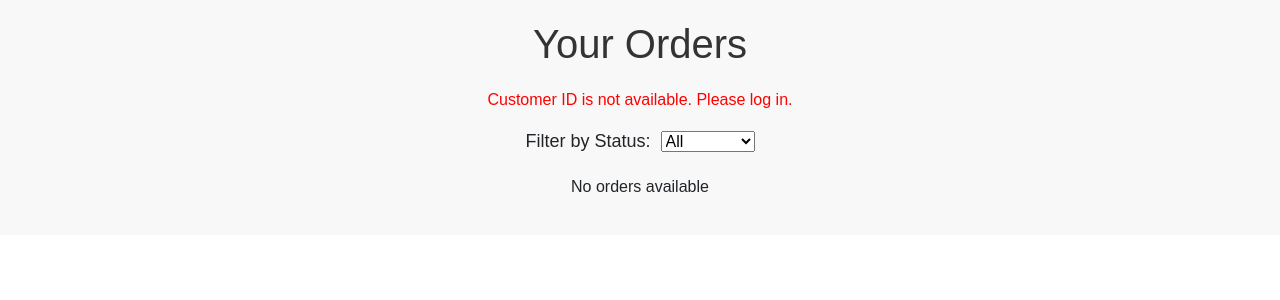
Repository: chelseajaculina/lab2-uber-eats
Page: /orders (app in frontend/)
The author's editor kept a copy of each file at every save. The page is drawn from the files as they stood at one save, then again after the next save.
The browser window is 1280 px wide. The pictures show the whole page.
The project was rebuilt for these pictures with package versions that can differ from the ones it lists, and the page was loaded fresh each time. Also part of the build but not shown: frontend/src/components/Home.css, frontend/src/components/Logout.css, frontend/src/components/Logout.js, frontend/src/components/CartModal.css, frontend/src/components/CartModal.js, frontend/src/components/NavBarHome.js, frontend/src/components/Home.js, frontend/src/components/SignUp.css and 28 more.

Above is the page before, as saved 2024-11-23 01:53:31.

### frontend/src/components/OrdersManagement.js
import React, { Component } from 'react';
import axios from 'axios';
import './OrdersManagement.css';

class OrdersManagement extends Component {
    constructor(props) {
        super(props);
        this.state = {
            orders: [],
            filteredOrders: [],
            statuses: ['New', 'Delivered', 'Cancelled'],
            deliveryStatuses: ['Order Received', 'Preparing', 'On the Way', 'Pick up Ready', 'Delivered', 'Picked Up'],
            selectedStatus: 'All',
            error: null,
            customerProfile: null,
            loading: false,
        };
    }


    componentDidMount() {
        this.fetchCustomerOrders();
    }

    fetchCustomerOrders = async () => {
        this.setState({ loading: true });

        const customerId = localStorage.getItem('customer_id'); // Assume customer_id is stored in localStorage
        if (!customerId) {
            this.setState({
                error: 'Customer ID is not available. Please log in.',
                loading: false,
            });
            return;
        }

        try {
            const response = await axios.get(`http://localhost:8000/api/customers/${customerId}/orders/`); // Fetch orders for the specific customer
            this.setState({
                orders: response.data,
                filteredOrders: response.data,
                loading: false,
            });
        } catch (error) {
            console.error('Error fetching orders:', error);
            this.setState({ error: 'Failed to load orders. Please try again.', loading: false });
        }
    };

    handleStatusFilter = (status) => {
        this.setState({
            selectedStatus: status,
            filteredOrders:
                status === 'All'
                    ? this.state.orders
                    : this.state.orders.filter((order) => order.status === status),
        });
    };

    handleStatusUpdate = async (orderId, newStatus) => {
        try {
            await axios.patch(`http://localhost:8000/api/orders/${orderId}/`, {
                delivery_status: newStatus,
            });
            this.fetchCustomerOrders(); // Refresh the list of orders
        } catch (error) {
            console.error('Error updating order status:', error);
            this.setState({ error: `Failed to update status for Order #${orderId}` });
        }
    };

    fetchCustomerProfile = async (customerId) => {
        this.setState({ loading: true });
        try {
            const response = await axios.get(`http://localhost:8000/api/customers/${customerId}/`);
            this.setState({ customerProfile: response.data, loading: false });
        } catch (error) {
            console.error('Error fetching customer profile:', error);
            this.setState({ error: 'Failed to load customer profile. Please try again.', loading: false });
        }
    };

    render() {
        const { filteredOrders, statuses, deliveryStatuses, selectedStatus, customerProfile, error, loading } =
            this.state;

        return (
            <div className="orders-management">
                <h1>Your Orders</h1>
                {error && <p className="error">{error}</p>}
                {loading && <div className="spinner">Loading...</div>}

                <div className="status-filter">
                    <label>Filter by Status: </label>
                    <select
                        value={selectedStatus}
                        onChange={(e) => this.handleStatusFilter(e.target.value)}
                    >
                        <option value="All">All</option>
                        {statuses.map((status) => (
                            <option key={status} value={status}>
                                {status}
                            </option>
                        ))}
                    </select>
                </div>

                <div className="orders-list">
                    {filteredOrders.length > 0 ? (
                        filteredOrders.map((order) => (
                            <div key={order.id} className="order-card">
                                <h2>Order #{order.id}</h2>
                                <p>
                                    <strong>Status:</strong> {order.status}
                                </p>
                                <p>
                                    <strong>Delivery Status:</strong> {order.delivery_status}
                                </p>
                                <p>
                                    <strong>Total:</strong> ${order.total}
                                </p>

                                <div className="status-update">
                                    <label>Update Delivery Status: </label>
                                    <select
                                        value={order.delivery_status}
                                        onChange={(e) =>
                                            this.handleStatusUpdate(order.id, e.target.value)
                                        }
                                    >
                                        {deliveryStatuses.map((status) => (
                                            <option key={status} value={status}>
                                                {status}
                                            </option>
                                        ))}
                                    </select>
                                </div>
                            </div>
                        ))
                    ) : (
                        <p>No orders available</p>
                    )}
                </div>

                {customerProfile && (
                    <div className="customer-profile">
                        <h2>Customer Profile</h2>
                        <p>
                            <strong>Name:</strong> {customerProfile.name}
                        </p>
                        <p>
                            <strong>Email:</strong> {customerProfile.email}
                        </p>
                        <p>
                            <strong>Phone:</strong> {customerProfile.phone}
                        </p>
                        <p>
                            <strong>Address:</strong> {customerProfile.address}
                        </p>
                        <button
                            onClick={() => this.setState({ customerProfile: null })}
                        >
                            Close
                        </button>
                    </div>
                )}
            </div>
        );
    }
}

export default OrdersManagement;

### frontend/src/components/Welcome.css
/* General Reset */
* {
    margin: 0;
    padding: 0;
    box-sizing: border-box;
    font-family: Arial, Helvetica, sans-serif;
}

/* Container */
.landing-container {
    width: 100%;
    height: 100vh;
    background: url('/public/images/landing-bg.jpg') center/cover no-repeat;
    color: #000;
    display: flex;
    flex-direction: column;
    margin: 0;
    padding: 0;
}

/* Navigation Bar */
.navbar {
    display: flex;
    justify-content: space-between;
    align-items: center;
    padding: 1rem 2rem;
    background-color: transparent; /* Keep background transparent if desired */
    border-bottom: none; /* Ensure no bottom border */
    box-shadow: none; /* Ensure no shadow */
}


.navbar-left {
    display: flex;
    align-items: center;
    background-color: transparent;
}

.menu-button {
    font-size: 1.5rem;
    background: none;
    border: none;
    cursor: pointer;
    margin-right: 1rem;
    color: #000; /* White icon color */
}

.menu-button:focus {
    outline: none; /* Remove focus outline */
}

.brand-title {
    font-weight: bold;
    font-size: 1.5rem;
    color: #000;
}

.navbar-right {
    display: flex;
    align-items: center;
    background-color: transparent;
}

.navbar-right button {
    padding: 0.5rem 1rem;
    cursor: pointer;
    font-size: 1rem;
    margin-left: 1rem;
    border-radius: 5px;
    border: none; /* Ensure there is no border for solid button effect */
}

/* Log in Button - White with Black Border */
.login-button {
    background-color: #fff;          /* White background */
    color: #000;                     /* Black text */
    border: 1px solid #000;          /* Black border */
    border-radius: 5px;              /* Slightly rounded corners */
}

/* Sign up Button - Green with White Text */
.signup-button {
    background-color: #00ff80;  /* Green background */
    color: #fff;                     /* White text */
    border-radius: 5px;              /* Slightly rounded corners */
}

/* Hero Section */
.hero-section {
    display: flex;
    flex-direction: column;
    align-items: left;
    margin-top: 6rem;
    padding: 2rem;
    color: #000;
}

.hero-section h1 {
    font-size: 3rem;
    font-weight: bold;
    margin-bottom: 2rem;
}

/* Address Input Section */
.address-input-section {
    display: flex;
    align-items: center;
    gap: 1rem;
    width: 100%;
    max-width: 800px;
}

.input-box {
    display: flex;
    align-items: center;
    background: #fff;
    padding: 0.5rem;
    border-radius: 8px;
    flex-grow: 1;
    border: 1px solid #ddd;
}

.input-box .icon {
    margin-right: 0.5rem;
    color: #666;
}

.input-box input {
    border: none;
    outline: none;
    width: 100%;
    font-size: 1rem;
    padding: 0.5rem 0;
}

.delivery-time-dropdown {
    display: flex;
    align-items: center;
    background: #fff;
    padding: 0.5rem;
    border-radius: 8px;
    border: 1px solid #ddd;
}

.delivery-time-dropdown .icon {
    margin-right: 0.5rem;
    color: #666;
}

.delivery-time-dropdown select {
    border: none;
    outline: none;
    font-size: 1rem;
    background: transparent;
}

/* Search Button */
.search-button {
    background-color: #000;
    color: #fff;
    padding: 0.75rem 1.5rem;
    border: none;
    cursor: pointer;
    border-radius: 8px;
    font-weight: bold;
}

/* Sign In Link */
.signin-link {
    margin-top: 1rem;
    font-size: 1rem;
    color: #666;
}

.signin-link a {
    color: #000;
    font-weight: bold;
    text-decoration: none;
}

.signin-link a:hover {
    text-decoration: underline;
}

.link-button {
    color: #000;
    font-weight: bold;
    text-decoration: none;
    cursor: pointer;
    background: none;  /* Remove default background */
    border: none;      /* Remove default border */
    padding: 0.5rem;   /* Optional padding to make it look button-like */
}

.link-button:hover {
    text-decoration: underline; /* Add underline on hover */
}

### frontend/src/components/OrdersManagement.css
.orders-management {
    padding: 20px;
    background-color: #f8f8f8;
}

.orders-management h1 {
    text-align: center;
    color: #333;
    margin-bottom: 20px;
}

.status-filter {
    margin-bottom: 20px;
    display: flex;
    justify-content: center;
    align-items: center;
}

.status-filter label {
    margin-right: 10px;
    font-size: 18px;
}

.orders-list {
    display: flex;
    flex-wrap: wrap;
    justify-content: space-around;
}

.order-card {
    background-color: #fff;
    border-radius: 10px;
    box-shadow: 0 4px 8px rgba(0, 0, 0, 0.1);
    margin: 20px;
    padding: 20px;
    width: 300px;
    text-align: center;
}

.order-card h2 {
    font-size: 24px;
    margin-bottom: 10px;
    color: #333;
}

.order-card p {
    font-size: 16px;
    margin-bottom: 10px;
    color: #666;
}

.status-update {
    margin-top: 10px;
}

.customer-profile {
    margin-top: 30px;
    padding: 20px;
    background-color: #fff;
    border-radius: 10px;
    box-shadow: 0 4px 8px rgba(0, 0, 0, 0.1);
    text-align: center;
}

.customer-profile h2 {
    font-size: 24px;
    margin-bottom: 10px;
    color: #333;
}

.error {
    color: red;
    text-align: center;
}

### frontend/src/components/RestaurantMenu.css
/* General Reset */
* {
  margin: 0;
  padding: 0;
  box-sizing: border-box;
  font-family: Arial, Helvetica, sans-serif;
}

/* Container for the entire menu section */
.restaurant-menu {
  width: 100%;
  padding: 20px;
  display: flex;
  flex-direction: column;
  align-items: center;
  background-color: #f5f5f5;
}

/* Title of the menu */
.menu-title {
  font-size: 2rem;
  margin-bottom: 20px;
  color: #333;
}

/* Section for the add dish button */
.add-dish-section {
  width: 100%;
  display: flex;
  justify-content: center;
  margin-bottom: 20px;
}

.add-dish-button {
  padding: 10px 20px;
  font-size: 1rem;
  background-color: black;
  color: white;
  border: none;
  border-radius: 5px;
  cursor: pointer;
  transition: background-color 0.3s;
}

.add-dish-button:hover {
  background-color: #333;
}

/* Dishes list */
.dishes-list {
  width: 100%;
  display: flex;
  flex-wrap: wrap;
  justify-content: center;
  gap: 20px;
}

/* Individual dish card */
.dish-card {
  background-color: white;
  width: 250px;
  padding: 10px;
  border-radius: 10px;
  box-shadow: 0 4px 8px rgba(0, 0, 0, 0.1);
  text-align: center;
  display: flex;
  flex-direction: column;
  align-items: center;
}

.dish-image {
  width: 100%;
  height: 180px;
  object-fit: cover;
  border-radius: 10px;
  margin-bottom: 10px;
}

.dish-card h3 {
  font-size: 1.2rem;
  color: #333;
}

.dish-card p {
  font-size: 0.9rem;
  color: #555;
}

.dish-card strong {
  color: #000;
}

/* Modal overlay */
.modal-overlay {
  position: fixed;
  top: 0;
  left: 0;
  width: 100%;
  height: 100%;
  background-color: rgba(0, 0, 0, 0.5);
  display: flex;
  justify-content: center;
  align-items: center;
}

/* Modal content */
.modal-content {
  background-color: white;
  padding: 20px;
  width: 400px;
  border-radius: 10px;
  box-shadow: 0 4px 8px rgba(0, 0, 0, 0.2);
}

.modal-content h2 {
  font-size: 1.5rem;
  margin-bottom: 20px;
  color: #333;
}

.dish-form {
  display: flex;
  flex-direction: column;
  gap: 10px;
}

.dish-form input,
.dish-form select,
.dish-form textarea {
  padding: 10px;
  font-size: 1rem;
  border: 1px solid #ccc;
  border-radius: 5px;
  width: 100%;
  box-sizing: border-box;
}

.dish-form textarea {
  resize: vertical;
  height: 100px;
}

.form-buttons {
  display: flex;
  justify-content: space-between;
}

.save-button {
  background-color: #00cc66;
  color: white;
  padding: 10px 20px;
  border: none;
  border-radius: 5px;
  cursor: pointer;
  transition: background-color 0.3s;
}

.save-button:hover {
  background-color: #00a653;
}

.cancel-button {
  background-color: #ccc;
  color: #333;
  padding: 10px 20px;
  border: none;
  border-radius: 5px;
  cursor: pointer;
  transition: background-color 0.3s;
}

.cancel-button:hover {
  background-color: #bbb;
}

/* Price input styling */
.price-input {
  display: flex;
  align-items: center;
}

.price-input span {
  margin-right: 10px;
  font-size: 1rem;
  color: #333;
}

/* Loading message */
.loading {
  text-align: center;
  font-size: 1.2rem;
  color: #333;
}

### frontend/src/components/NavBarBusiness.css
/* General Reset */
* {
    margin: 0;
    padding: 0;
    box-sizing: border-box;
    font-family: Arial, Helvetica, sans-serif;
}

.landing-container {
    width: 100%;
    height: 100vh;
    background: url('/public/images/landing-bg.jpg') center/cover no-repeat;
    color: #000;
    display: flex;
    flex-direction: column;
}


/* Navigation Bar */
.navbar {
    display: flex;
    justify-content: space-between;
    align-items: center;
    padding: 1rem;
    background-color: transparent;
    color: #fff;
    flex-wrap: wrap; /* Allows items to wrap in small screens */
    width: 100%;
}

/* Navbar Left Section */
.navbar-left {
    display: flex;
    align-items: center;
    flex-wrap: wrap;
    gap: 1rem;
}

/* Menu Button */
.menu-button {
    font-size: 1.5rem;
    background: none;
    border: none;
    cursor: pointer;
    color: #fff;
}

/* Brand Title */
.brand-title {
    font-weight: bold;
    font-size: 1.5rem;
    color: #000;
    text-decoration: none;
}

.brand-link {
    color: #000;
    text-decoration: none;
}

/* Delivery and Pickup Buttons */
.delivery-pickup-buttons {
    display: flex;
    gap: 0.5rem;
}

.delivery-btn, .pickup-btn {
    padding: 0.5rem 1rem;
    border-radius: 20px;
    border: none;
    cursor: pointer;
    background-color: #f6f6f6;
    color: #000;
    transition: background-color 0.3s;
}

.delivery-btn.active {
    background-color: #fff;
    border: 1px solid #ddd;
}

/* Navbar Right Section */
.navbar-right {
    display: flex;
    align-items: center;
    gap: 1rem;
    flex-wrap: wrap;
    flex: 1;
    justify-content: flex-end;
    width: 100%;
}

.location {
    display: flex;
    align-items: center;
    gap: 0.5rem;
    font-size: 1rem;
    color: #fff;
    white-space: nowrap;
}

.search-box {
    display: flex;
    align-items: center;
    background-color: #f6f6f6;
    padding: 0.5rem 1rem;
    border-radius: 20px;
    gap: 0.5rem;
    flex-grow: 1; /* Expand the search box */
    max-width: 400px;
    min-width: 200px;
}

.search-box input {
    border: none;
    background: transparent;
    outline: none;
    width: 100%;
    color: #000;
}

.login-button {
    padding: 0.5rem 1rem;
    background-color: #fff;
    color: #000;
    border: 1px solid #000;
    border-radius: 5px;
    cursor: pointer;
}

.signup-button {
    padding: 0.5rem 1rem;
    background-color: #000;
    color: #fff;
    border: none;
    border-radius: 5px;
    cursor: pointer;
}

.shopping-cart-icon {
    font-size: 1.5rem;
    color: #00cc66;
}

/* Side Menu */
.side-menu {
    position: fixed;
    top: 0;
    left: 0;
    width: 300px;
    height: 100%;
    background-color: #fff;
    box-shadow: 2px 0 5px rgba(0, 0, 0, 0.3);
    padding: 2rem;
    z-index: 1000;
    display: flex;
    flex-direction: column;
    gap: 1rem;
}

.close-button {
    align-self: flex-end;
    background: none;
    border: none;
    font-size: 1.5rem;
    cursor: pointer;
}

.signup-side-button, .login-side-button {
    width: 100%;
    padding: 1rem;
    border-radius: 5px;
    border: none;
    cursor: pointer;
    font-size: 1.2rem;
}

.signup-side-button {
    background-color: #000;
    color: #fff;
}

.login-side-button {
    background-color: #f0f0f0;
    color: #000;
}

.side-links {
    display: flex;
    flex-direction: column;
    gap: 1rem;
}

.side-links a {
    text-decoration: none;
    color: #000;
    font-weight: bold;
}

.download-app {
    margin-top: auto;
    text-align: center;
}

.app-links button {
    margin: 1rem 0.5rem;
    padding: 0.5rem 1rem;
    border-radius: 5px;
    border: none;
    cursor: pointer;
    font-weight: bold;
}

/* Media Queries for Responsive Design */
@media (max-width: 768px) {
    .navbar {
        padding: 0.5rem 1rem;
    }

    .navbar-right {
        flex-direction: column;
        gap: 0.5rem;
        width: 100%;
        justify-content: center;
        align-items: flex-start;
    }

    .search-box {
        order: 2;
        margin-top: 1rem;
        width: 100%;
    }

    .location {
        display: none;
    }
}

@media (max-width: 480px) {
    .delivery-pickup-buttons {
        display: none; /* Hide on small screens */
    }

    .signup-button, .login-button {
        padding: 0.3rem 0.8rem;
    }

    .shopping-cart-icon {
        font-size: 1.2rem;
    }

    .navbar {
        flex-direction: column;
        align-items: flex-start;
    }

    .brand-title {
        font-size: 1.2rem;
    }
}

Loaded but not shown: frontend/public/index.html (common file); frontend/src/App.js (86 lines, source omitted); frontend/src/contexts/CartContext.js (42 lines, source omitted); frontend/src/index.js (14 lines, source omitted); frontend/src/components/NavBar.css (372 lines, source omitted)

After the next save:
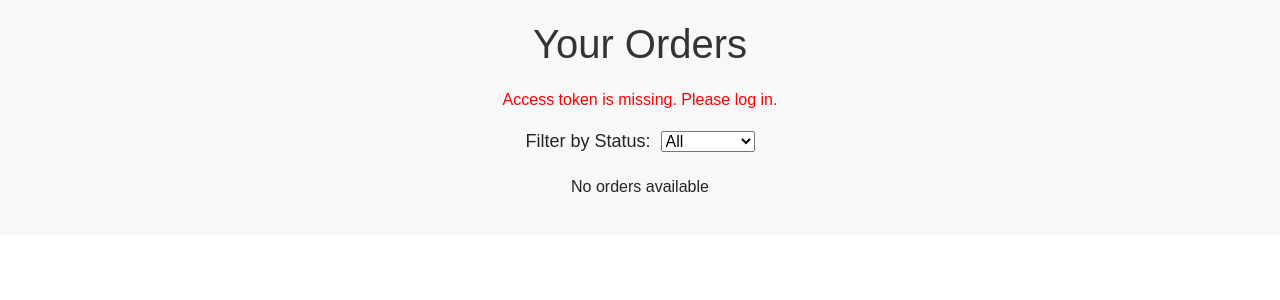
Saved 2 min 22 s later.
--- a/frontend/src/components/OrdersManagement.js
+++ b/frontend/src/components/OrdersManagement.js
@@ -6,36 +6,58 @@ class OrdersManagement extends Component {
     constructor(props) {
         super(props);
         this.state = {
+            customerId: null,
             orders: [],
             filteredOrders: [],
             statuses: ['New', 'Delivered', 'Cancelled'],
             deliveryStatuses: ['Order Received', 'Preparing', 'On the Way', 'Pick up Ready', 'Delivered', 'Picked Up'],
             selectedStatus: 'All',
             error: null,
-            customerProfile: null,
             loading: false,
         };
     }
 
-
     componentDidMount() {
-        this.fetchCustomerOrders();
+        this.fetchCustomerId();
     }
 
-    fetchCustomerOrders = async () => {
-        this.setState({ loading: true });
-
-        const customerId = localStorage.getItem('customer_id'); // Assume customer_id is stored in localStorage
-        if (!customerId) {
-            this.setState({
-                error: 'Customer ID is not available. Please log in.',
-                loading: false,
-            });
+    fetchCustomerId = async () => {
+        const token = localStorage.getItem('access_token');
+        if (!token) {
+            console.warn('Access token not found.');
+            this.setState({ error: 'Access token is missing. Please log in.' });
             return;
         }
 
         try {
-            const response = await axios.get(`http://localhost:8000/api/customers/${customerId}/orders/`); // Fetch orders for the specific customer
+            const response = await axios.get('http://localhost:8000/api/customers/user-profile/', {
+                headers: {
+                    Authorization: `Bearer ${token}`,
+                },
+            });
+
+            const customerId = response.data.id; // Assuming the response has an `id` field for customer ID
+            console.log('Customer ID retrieved from backend:', customerId);
+            this.setState({ customerId }, this.fetchCustomerOrders); // Fetch orders after setting the customerId
+        } catch (error) {
+            console.error('Error fetching customer ID:', error.response?.data || error.message);
+            this.setState({ error: 'Failed to fetch customer ID. Please try again later.' });
+        }
+    };
+
+    fetchCustomerOrders = async () => {
+        const { customerId } = this.state;
+
+        if (!customerId) {
+            console.warn('Customer ID is not set. Cannot fetch orders.');
+            this.setState({ error: 'Customer ID is missing. Please log in.' });
+            return;
+        }
+
+        this.setState({ loading: true });
+
+        try {
+            const response = await axios.get(`http://localhost:8000/api/customers/${customerId}/orders/`);
             this.setState({
                 orders: response.data,
                 filteredOrders: response.data,
@@ -43,46 +65,22 @@ class OrdersManagement extends Component {
             });
         } catch (error) {
             console.error('Error fetching orders:', error);
-            this.setState({ error: 'Failed to load orders. Please try again.', loading: false });
+            this.setState({ error: 'Failed to load orders. Please try again later.', loading: false });
         }
     };
 
     handleStatusFilter = (status) => {
-        this.setState({
+        this.setState((prevState) => ({
             selectedStatus: status,
             filteredOrders:
                 status === 'All'
-                    ? this.state.orders
-                    : this.state.orders.filter((order) => order.status === status),
-        });
-    };
-
-    handleStatusUpdate = async (orderId, newStatus) => {
-        try {
-            await axios.patch(`http://localhost:8000/api/orders/${orderId}/`, {
-                delivery_status: newStatus,
-            });
-            this.fetchCustomerOrders(); // Refresh the list of orders
-        } catch (error) {
-            console.error('Error updating order status:', error);
-            this.setState({ error: `Failed to update status for Order #${orderId}` });
-        }
-    };
-
-    fetchCustomerProfile = async (customerId) => {
-        this.setState({ loading: true });
-        try {
-            const response = await axios.get(`http://localhost:8000/api/customers/${customerId}/`);
-            this.setState({ customerProfile: response.data, loading: false });
-        } catch (error) {
-            console.error('Error fetching customer profile:', error);
-            this.setState({ error: 'Failed to load customer profile. Please try again.', loading: false });
-        }
+                    ? prevState.orders
+                    : prevState.orders.filter((order) => order.status === status),
+        }));
     };
 
     render() {
-        const { filteredOrders, statuses, deliveryStatuses, selectedStatus, customerProfile, error, loading } =
-            this.state;
+        const { filteredOrders, statuses, deliveryStatuses, selectedStatus, error, loading } = this.state;
 
         return (
             <div className="orders-management">
@@ -119,51 +117,12 @@ class OrdersManagement extends Component {
                                 <p>
                                     <strong>Total:</strong> ${order.total}
                                 </p>
-
-                                <div className="status-update">
-                                    <label>Update Delivery Status: </label>
-                                    <select
-                                        value={order.delivery_status}
-                                        onChange={(e) =>
-                                            this.handleStatusUpdate(order.id, e.target.value)
-                                        }
-                                    >
-                                        {deliveryStatuses.map((status) => (
-                                            <option key={status} value={status}>
-                                                {status}
-                                            </option>
-                                        ))}
-                                    </select>
-                                </div>
                             </div>
                         ))
                     ) : (
                         <p>No orders available</p>
                     )}
                 </div>
-
-                {customerProfile && (
-                    <div className="customer-profile">
-                        <h2>Customer Profile</h2>
-                        <p>
-                            <strong>Name:</strong> {customerProfile.name}
-                        </p>
-                        <p>
-                            <strong>Email:</strong> {customerProfile.email}
-                        </p>
-                        <p>
-                            <strong>Phone:</strong> {customerProfile.phone}
-                        </p>
-                        <p>
-                            <strong>Address:</strong> {customerProfile.address}
-                        </p>
-                        <button
-                            onClick={() => this.setState({ customerProfile: null })}
-                        >
-                            Close
-                        </button>
-                    </div>
-                )}
             </div>
         );
     }
